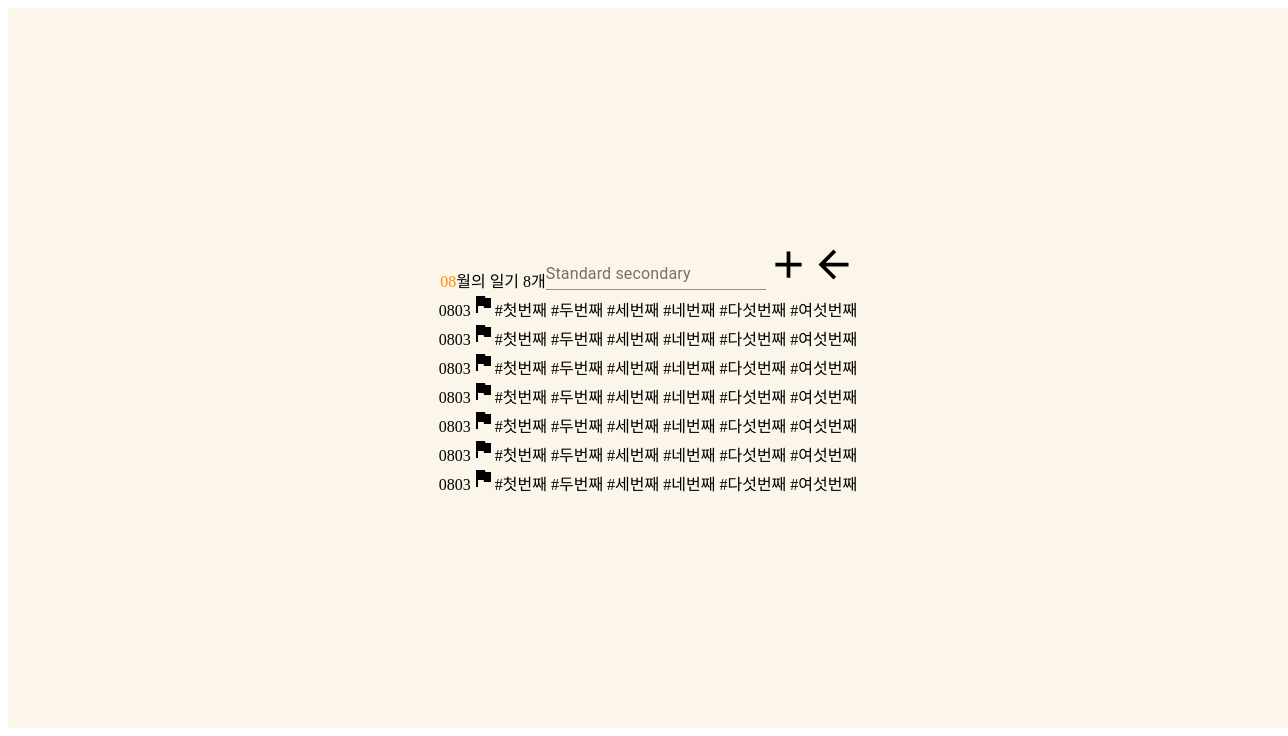
Repository: IMHANA/diary
Page: /list
The author's editor kept a copy of each file at every save. The page is drawn from the files as they stood at one save, then again after the next save.
The browser window is 1280 px wide. The page is 1288 px wide, so the pictures cover 1288 px, including what lies to the right of the window. The pictures show the whole page.
The project was rebuilt for these pictures with package versions that can differ from the ones it lists, and the page was loaded fresh each time. Also part of the build but not shown: src/App.css, src/pages/Main/main.js, src/pages/Month/month.js.

Above is the page before, as saved 2021-08-05 15:28:47.

After the next save:
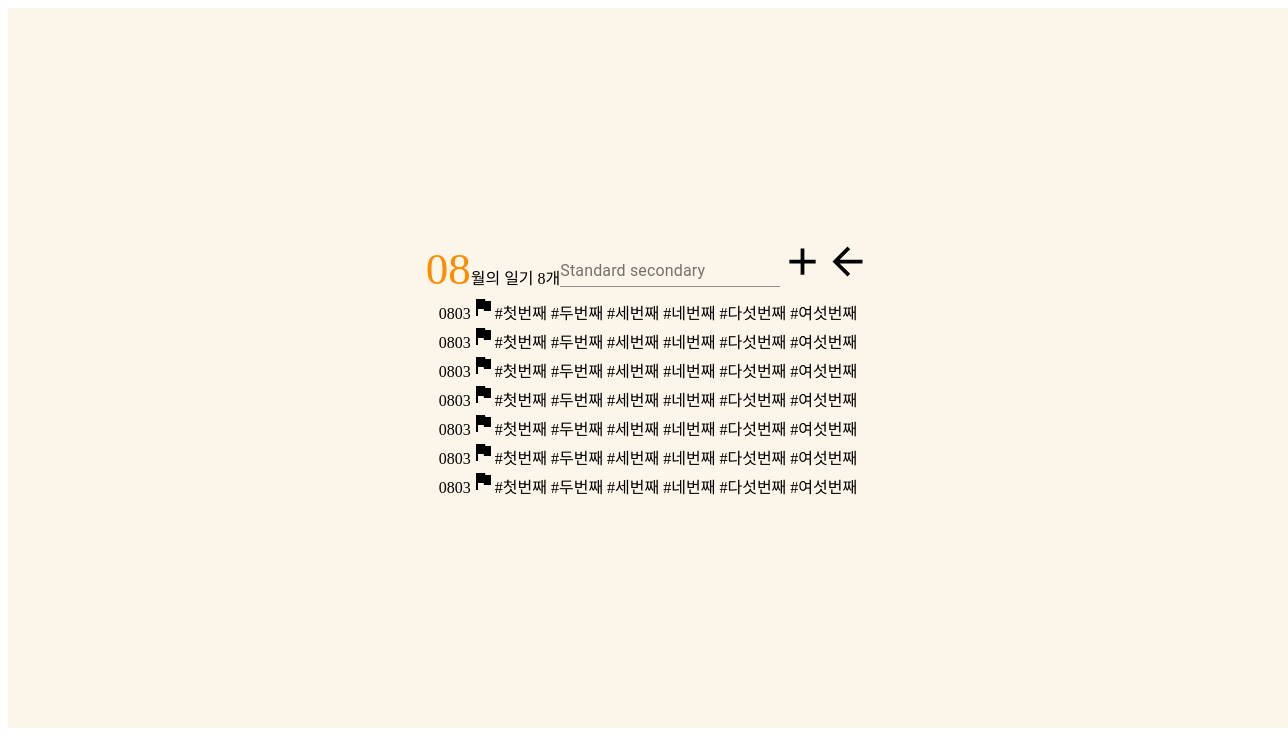
Saved 24 s later.
--- a/src/pages/DayList/dayList.css
+++ b/src/pages/DayList/dayList.css
@@ -9,5 +9,5 @@
 
 #month {
     color:darkorange;
-
+    font-size: 45px;
 }
